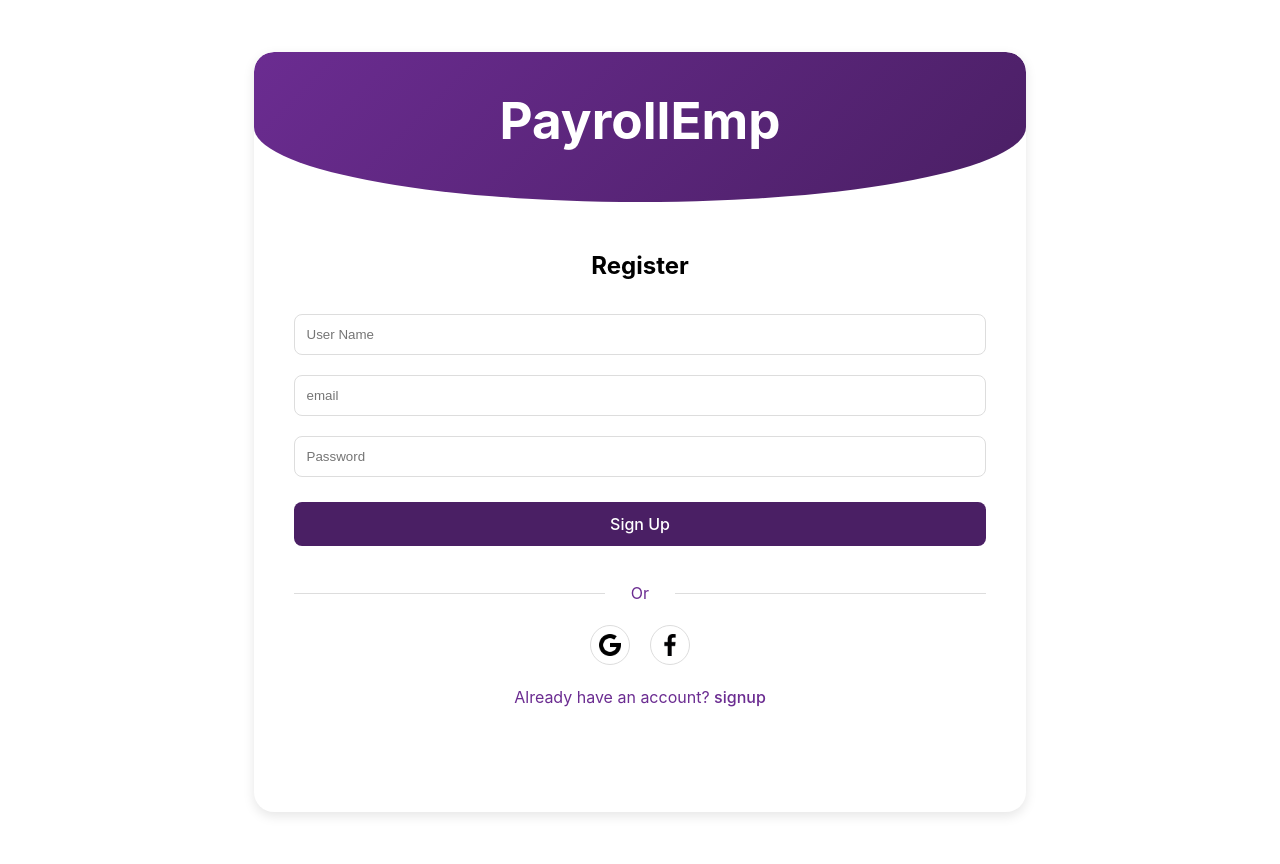
Repository: nino-pixel/payrolllatest
Page: /signup (app in web_vue/)
These files come from the project's save history. The page is drawn as it stood at one moment and after the next save; the edit follows.
The browser window is 1280 px wide. The pictures show the whole page.
The project was rebuilt for these pictures with package versions that can differ from the ones it lists, and the page was loaded fresh each time. Also part of the build but not shown: web_vue/vite.config.js, web_vue/src/components/login_page.vue.

Above is the page before, as saved 2024-12-18 19:38:43.

After the next save:
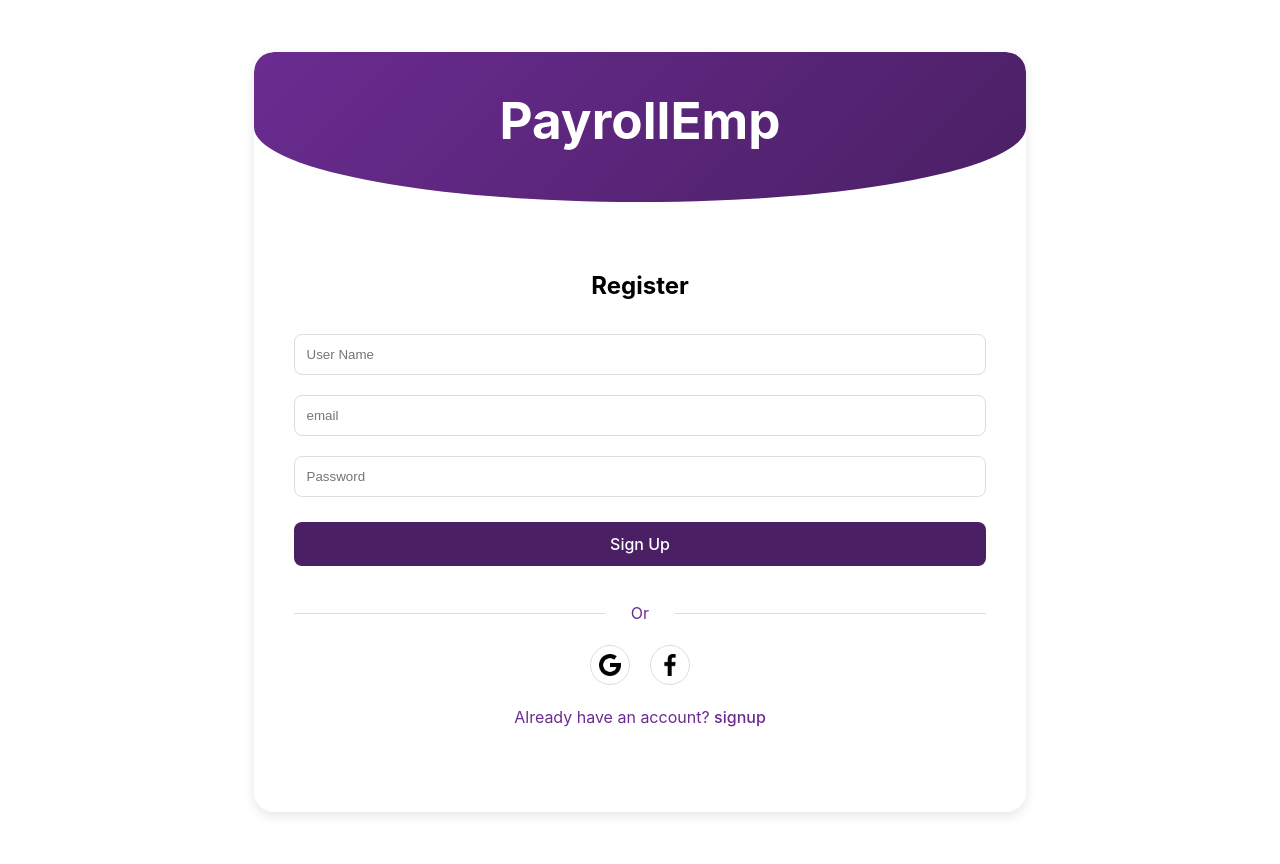
Saved 52 s later.
--- a/web_vue/src/components/sign_up.vue
+++ b/web_vue/src/components/sign_up.vue
@@ -103,6 +103,9 @@ body {
     border-radius: 20px;
     box-shadow: 0 4px 12px rgba(0,0,0,0.1);
     overflow: hidden;
+    display: flex;      /* Added for better centering */
+    flex-direction: column;
+    align-items: center;
 }
 
 .wave-bg {
